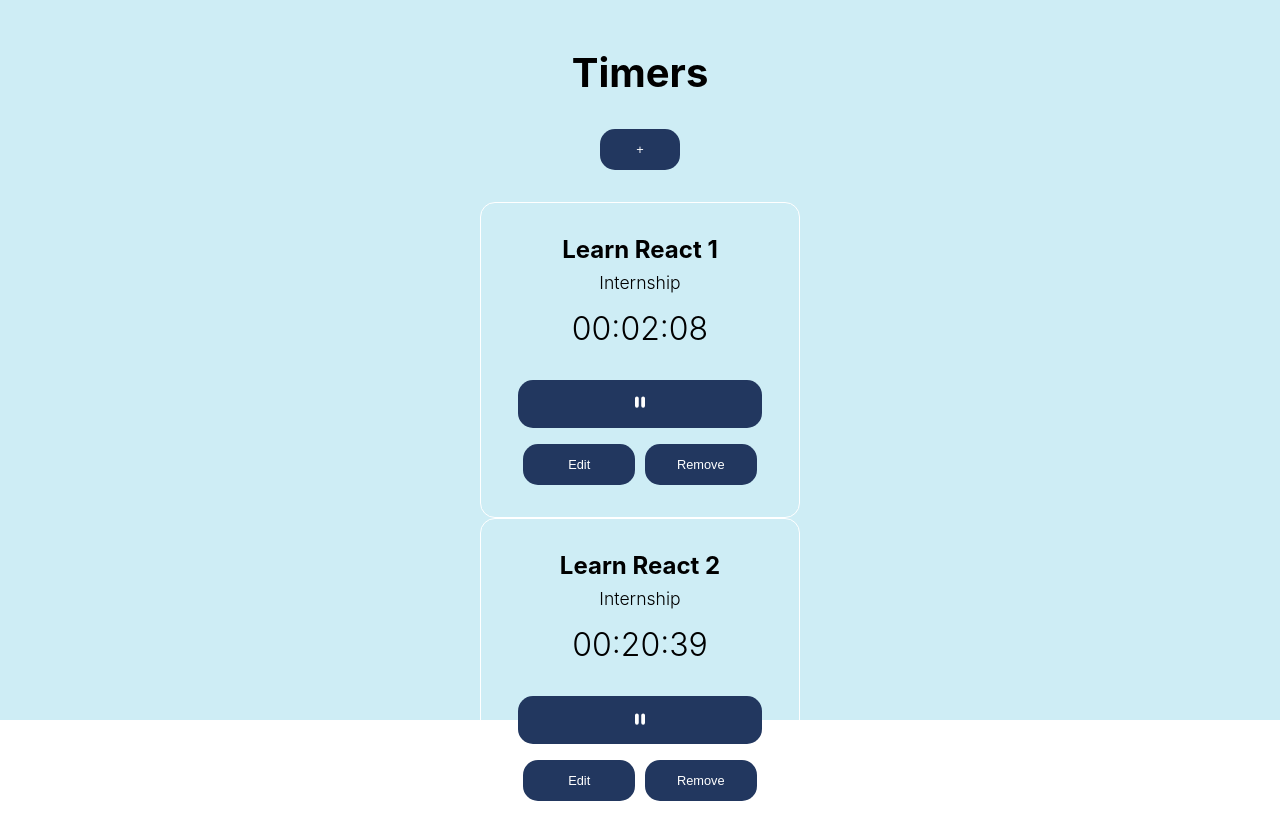
Repository: dqhuy153/react-timer
Page: /
An editor plug-in stored every save of this project. The page is shown before and after the next save, followed by the edit.
The browser window is 1280 px wide. The pictures show the whole page.
The project was rebuilt for these pictures with package versions that can differ from the ones it lists, and the page was loaded fresh each time. Also part of the build but not shown: src/components/TimerForm/TimerForm.module.scss, src/components/TimerForm/index.jsx.

Above is the page before, as saved 2021-10-26 17:42:19.

### src/index.css
* {
  padding: 0;
  margin: 0;
  box-sizing: border-box;
}

body {
  margin: 0;
  font-family: -apple-system, BlinkMacSystemFont, 'Segoe UI', 'Roboto', 'Oxygen',
    'Ubuntu', 'Cantarell', 'Fira Sans', 'Droid Sans', 'Helvetica Neue',
    sans-serif;
  -webkit-font-smoothing: antialiased;
  -moz-osx-font-smoothing: grayscale;

  font-size: 62.5%;
}

code {
  font-family: source-code-pro, Menlo, Monaco, Consolas, 'Courier New',
    monospace;
}

### src/App.js
import { useEffect, useRef, useState } from 'react';
import './App.scss';

import EditableTimerForm from './components/EditableTimerForm';
import ToggleableTimerForm from './components/ToggeableTimerForm';
import { newTimer } from './utils/TimerUtils';

function App() {
  const timerRef = useRef();
  const [timers, setTimers] = useState([
    {
      id: 1,
      title: 'Learn React 1',
      project: 'Internship',
      time: 123454,
      isRunning: true,
    },
    {
      id: 2,
      title: 'Learn React 2',
      project: 'Internship',
      time: 1234545,
      isRunning: true,
    },
  ]);

  const handleUpdateTimer = (data) => {
    let newTimers;

    //if has no id, create a new one
    if (!data.id) {
      newTimers = [
        newTimer({
          title: data.title,
          project: data.project,
        }),
        ...timers,
      ];
    }
    //update existing timer
    else {
      newTimers = timers.map((timer, idx) => {
        if (timer.id === data.id) {
          return {
            ...timer,
            title: data.title,
            project: data.project,
          };
        }

        return timer;
      });
    }

    setTimers(newTimers);
  };

  useEffect(() => {
    clearTimeout(timerRef.current);

    timerRef.current = setTimeout(() => {
      const newTimers = timers.map((timer, idx) => {
        if (timer.isRunning)
          return {
            ...timer,
            time: timer.time + 1000,
          };

        return timer;
      });

      setTimers(newTimers);
    }, 1000);
  }, [timers]);

  return (
    <div className="App">
      <div className="body">
        <h1>Timers</h1>

        <ToggleableTimerForm onUpdate={handleUpdateTimer} />

        {timers.map((timer) => {
          return (
            <EditableTimerForm
              key={timer.id}
              id={timer.id}
              title={timer.title}
              project={timer.project}
              timer={timer.time}
              isRunning={timer.isRunning}
            />
          );
        })}
      </div>
    </div>
  );
}

export default App;

### src/App.scss
.App {
  background: #ceedf5;
}

.body {
  display: flex;
  justify-content: flex-start;
  align-items: center;
  flex-direction: column;
  padding: 3rem 0;
  height: 100vh;

  h1 {
    font-size: 2.5rem;
  }
}

### src/components/EditableTimerForm/index.jsx
import React, { useState } from 'react';
import Timer from '../Timer';
import TimerForm from '../TimerForm';

import styles from './EditableTimerForm.module.scss';

const EditableTimerForm = ({
  id,
  title,
  project,
  timer,
  isRunning,
  onUpdate,
  onRemove,
  onTimerClick,
}) => {
  const [isEdit, setIsEdit] = useState(false);

  const handleOpenEdit = () => {
    setIsEdit(true);
  };

  const handleCloseEdit = () => {
    setIsEdit(false);
  };

  const handleUpdate = (data) => {
    onUpdate(data);
    handleOpenEdit();
  };

  const content = isEdit ? (
    <TimerForm
      id={id}
      title={title}
      project={project}
      timer={timer}
      onCancel={handleCloseEdit}
      onUpdate={handleUpdate}
    />
  ) : (
    <Timer
      id={id}
      title={title}
      project={project}
      timer={timer}
      isRunning={isRunning}
      onEdit={handleOpenEdit}
      onRemove={onRemove}
      onTimerClick={onTimerClick}
    />
  );

  return <div className={styles.container}>{content}</div>;
};

export default EditableTimerForm;

### src/components/ToggeableTimerForm/index.jsx
import { useState } from 'react';
import Button from '../Button';
import TimerForm from '../TimerForm';

import styles from './ToggleableTimerForm.module.scss';

const ToggleableTimerForm = ({ onUpdate, ...props }) => {
  const [isOpen, setIsOpen] = useState(false);

  const handleOpenForm = () => {
    setIsOpen(true);
  };

  const handleCloseForm = () => {
    setIsOpen(false);
  };

  const handleUpdate = (data) => {
    onUpdate(data);
    handleCloseForm();
  };

  const content = isOpen ? (
    <TimerForm onCancel={handleCloseForm} onUpdate={handleUpdate} />
  ) : (
    <Button onClick={handleOpenForm}>+</Button>
  );

  return <div className={styles.container}>{content}</div>;
};

export default ToggleableTimerForm;

### src/utils/TimerUtils.js
import { v4 as uuidv4 } from 'uuid';

export const millisecondsToHuman = (ms) => {
  const seconds = Math.floor((ms / 1000) % 60);
  const minutes = Math.floor((ms / 1000 / 60) % 60);
  const hours = Math.floor(ms / 1000 / 60 / 60);

  const humanized = [
    pad(hours.toString(), 2),
    pad(minutes.toString(), 2),
    pad(seconds.toString(), 2),
  ].join(':');

  return humanized;
};

const pad = (numberString, size) => {
  let padded = numberString;
  while (padded.length < size) {
    padded = `0${padded}`;
  }
  return padded;
};

export const newTimer = (attrs = {}) => {
  const timer = {
    title: attrs.title || 'Timer',
    project: attrs.project || 'Project',
    id: uuidv4(),
    time: 0,
    isRunning: false,
  };

  return timer;
};

### src/components/Timer/index.jsx
import React from 'react';
import { BsPauseFill, BsPlayFill } from 'react-icons/bs';

import { millisecondsToHuman } from '../../utils/TimerUtils';
import Button from '../Button';
import styles from './Timer.module.scss';

const Timer = ({
  title,
  project,
  timer,
  isRunning,
  onEdit,
  onRemove,
  onTimerClick,
}) => {
  const buttonLabel = isRunning ? (
    <BsPauseFill size={20} />
  ) : (
    <BsPlayFill size={20} />
  );

  return (
    <div className={styles.container}>
      <h2>{title}</h2>
      <p>{project}</p>
      <p className={styles.timer}>{millisecondsToHuman(timer)}</p>
      <Button className={styles.timer_btn} onClick={onTimerClick}>
        {buttonLabel}
      </Button>
      <div className={styles.btn_container}>
        <Button className={styles.btn} onClick={onEdit}>
          Edit
        </Button>
        <Button className={styles.btn} onClick={onRemove}>
          Remove
        </Button>
      </div>
    </div>
  );
};

export default Timer;

### src/components/EditableTimerForm/EditableTimerForm.module.scss
.container {
  transition: all 0.2s linear;
  border: 1px solid #fff;
  padding: 2rem;
  border-radius: 15px;
  width: 20rem;
  height: 20rem;

  &:hover {
    box-shadow: rgba(100, 100, 111, 0.2) 0px 7px 29px 0px;
    background: #ffffff;
  }
}

### src/components/Button/index.jsx
import React from 'react';

import styles from './Button.module.scss';

const Button = ({
  children,
  onClick,
  className,
  bgColor = '#22375f',
  color = '#fff',
  hoverColor = '#22375f',
  hoverBgColor = '#fff',
  ...rest
}) => {
  return (
    <button
      style={{
        '--bg-color': bgColor,
        '--color': color,
        '--hover-color': hoverColor,
        '--hover-bg-color': hoverBgColor,
      }}
      className={`${styles.container} ${className}`}
      onClick={onClick}
      children={children}
      {...rest}
    ></button>
  );
};

export default Button;

### src/components/ToggeableTimerForm/ToggleableTimerForm.module.scss
.container {
  margin: 2rem;
}

### src/components/Timer/Timer.module.scss
.container {
  text-align: center;

  h2 {
    font-size: 1.5rem;
    margin-bottom: 0.5rem;
  }
  p {
    font-size: 1.1rem;
    font-weight: 300;
    margin-bottom: 1rem;
  }

  .timer {
    font-size: 2rem;
  }

  .btn_container {
    .btn {
      margin: 0 0.3rem;
      min-width: 7rem;
    }
  }

  .timer_btn {
    width: 96%;
    margin: 1rem auto;
  }
}

### src/components/Button/Button.module.scss
.container {
  padding: 0.8rem 2rem;
  min-width: 5rem;
  border: none;
  color: var(--color);
  border-radius: 15px;
  background: var(--bg-color);
  font-size: 0.8rem;
  cursor: pointer;
  transition: all 0.2s linear;

  &:hover {
    box-shadow: rgba(100, 100, 111, 0.3) 0px 7px 29px 0px;
    background: var(--hover-bg-color);
    color: var(--hover-color);
    font-weight: bold;
  }

  &:active {
    transform: translateY(2px);
  }
}

Loaded but not shown: public/index.html (common file); src/index.js (common file); src/reportWebVitals.js (common file)

After the next save:
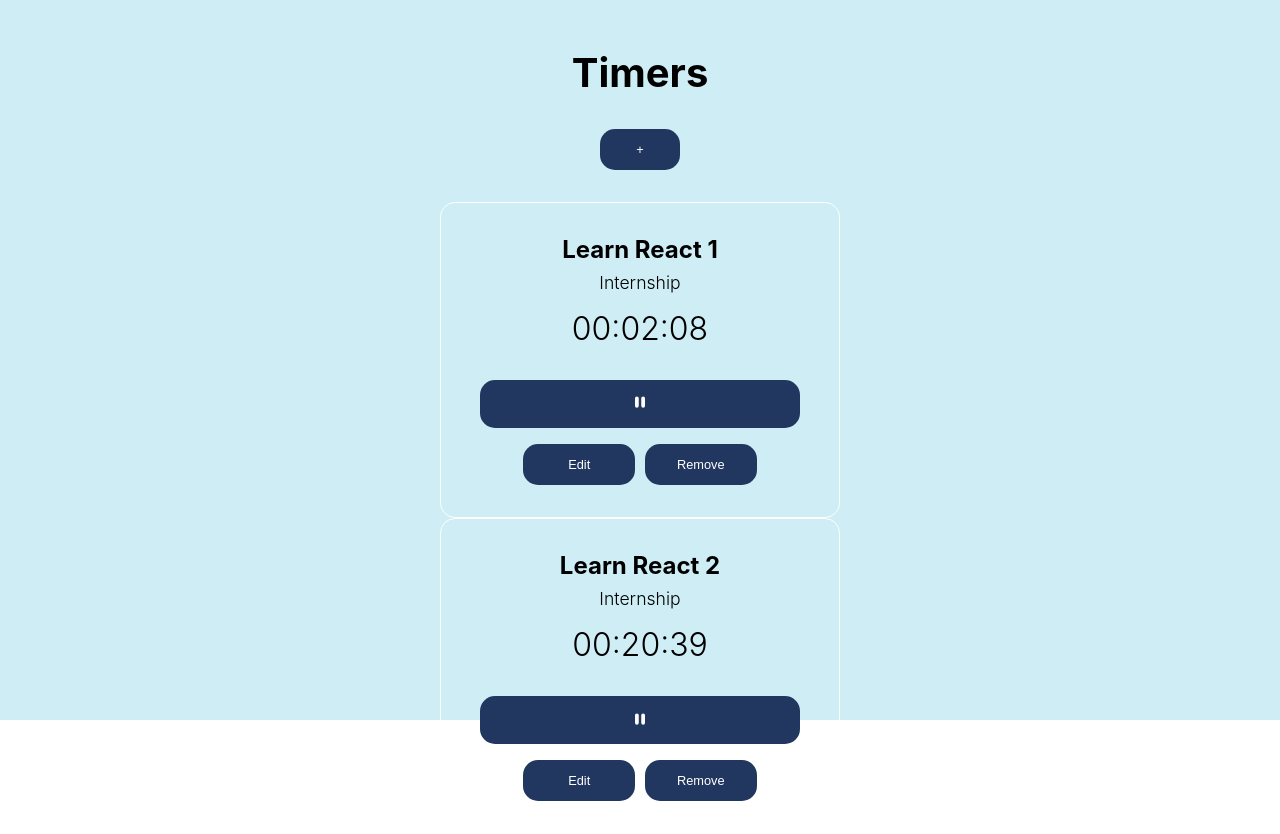
Saved 28 s later.
--- a/src/components/EditableTimerForm/EditableTimerForm.module.scss
+++ b/src/components/EditableTimerForm/EditableTimerForm.module.scss
@@ -3,8 +3,8 @@
   border: 1px solid #fff;
   padding: 2rem;
   border-radius: 15px;
-  width: 20rem;
-  height: 20rem;
+  width: 25rem;
+  height: 25rem;
 
   &:hover {
     box-shadow: rgba(100, 100, 111, 0.2) 0px 7px 29px 0px;
